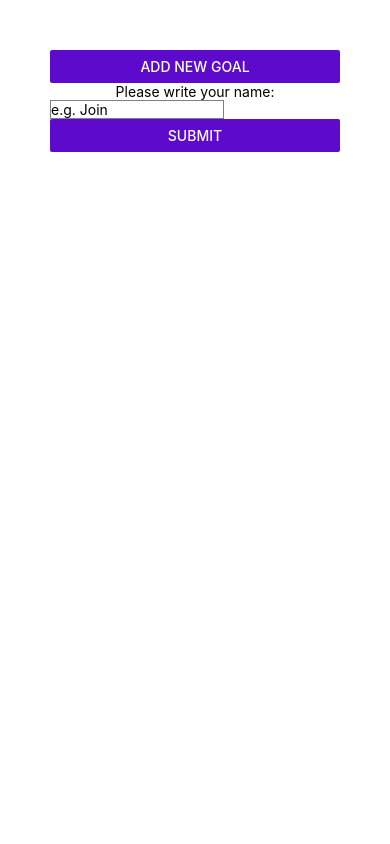
Repository: ntu34543/React-Native-Example1
Screen: /
These files come from the project's save history. The screen is drawn as it stood at one moment and after the next save; the edit follows.
The app was drawn by React Native's web renderer in a window 390 px wide. The project was rebuilt for these pictures with package versions that can differ from the ones it lists, and the page was loaded fresh each time. Also part of the build but not shown: components/Goalltem.js.

Above is the screen before, as saved 2022-09-12 15:38:47.

### App.js
import { useState } from "react";
import {
  StyleSheet,
  View,
  FlatList,
  Button,
  Text,
  Linking,
  TextInput,
} from "react-native";
import { StatusBar } from "expo-status-bar";

import GoalItem from "./components/Goalltem";
import GoalInput from "./components/Goallnput";

export default function App() {
  const [modalIsVisible, setModalIsVisible] = useState(false);
  const [courseGoals, setCourseGoals] = useState([]);
  const [name, setName] = useState("");
  const [submitted, setSubmitted] = useState(false);
  // console.log(courseGoals);
  const onPressHandler = () => {
    setSubmitted(!submitted);
  };

  function startAddGoalHandler() {
    setModalIsVisible(true);
  }

  function endAddGoalHandler() {
    setModalIsVisible(false);
  }

  function addTextInput(enteredGoalText) {
    setCourseGoals((currentCourseGoals) => [
      ...currentCourseGoals,
      { text: enteredGoalText, id: Math.random().toString() },
    ]);
    endAddGoalHandler();
  }

  function deleteGoalHandler(id) {
    setCourseGoals((currentCourseGoals) => {
      return currentCourseGoals.filter((goal) => goal.id !== id);
    });
  }

  return (
    <>
      <StatusBar style="auto" />
      <View style={styles.container}>
        <Button
          title="Add new Goal"
          color="#5e0acc"
          onPress={startAddGoalHandler}
        />
        <Text style={styles.text}>Please write your name:</Text>
        <TextInput
          style={styles.input}
          placeholder="e.g. Join"
          onChangeText={(value) => setName(value)}
        />
        <Button
          title="Submit"
          color="#5e0acc"
          onPress={onPressHandler}
          // onPress={() => {
          //   Linking.openURL(
          //     "https://ca.slack-edge.com/T324R7VB6-U03RS7EKJHG-323b9d1b6216-512"
          //   );
          // }}
        />
        {submitted ? <Text>You are registered as {name}</Text> : null}
        <GoalInput
          visible={modalIsVisible}
          onAddGoal={addTextInput}
          onCancer={endAddGoalHandler}
        />
        <View style={styles.goalsContainer}>
          <FlatList
            data={courseGoals}
            style={styles.goalsContainer}
            renderItem={(itemData) => {
              return (
                <GoalItem
                  text={itemData.item.text}
                  id={itemData.item.id}
                  onDeleteItem={deleteGoalHandler}
                />
              );
            }}
            keyExtractor={(item, index) => {
              return index.id;
            }}
            alwaysBounceVertical={false}
          />
        </View>
      </View>
    </>
  );
}

const styles = StyleSheet.create({
  container: {
    padding: 50,
  },
  goalsContainer: {
    // flex: 4,
  },
  text: {
    textAlign: "center",
  },
  input: {
    borderWidth: 1,
    borderColor: 'grey',
    width: '60%',
    display: 'flex',
    margin: '0 auto',
  }
});

### components/Goallnput.js
import { useState } from "react";
import { StyleSheet, View, TextInput, Button, Modal, Image } from "react-native";
function GoalInput(props) {
  const [enteredGoalText, setEnteredGoalText] = useState("");

  function textInput(enteredText) {
    setEnteredGoalText(enteredText);
    // console.log(enteredText);
  }

  function addGoalHandler() {
    props.onAddGoal(enteredGoalText);
    setEnteredGoalText("");
  }

  return (
    <Modal visible={props.visible} animationType="slide">
      <View style={styles.inputContainer}>
          <Image style={styles.image} source={require('../assets/favicon.png')} />
        <TextInput
          style={styles.textInput}
          placeholder="Email............"
          onChangeText={textInput}
          value={enteredGoalText}
        />
        <View style={styles.buttonContainer}>
          <View style={styles.button}>
            <Button title="Click!" onPress={addGoalHandler} />
          </View>
          <View style={styles.button}>
            <Button title="Cancer!" onPress={props.onCancer}/>
          </View>
        </View>
      </View>
    </Modal>
  );
}

export default GoalInput;

const styles = StyleSheet.create({
  inputContainer: {
    flex: 1,
    justifyContent: "center",
    alignItems: "center",
    paddingBottom: 24,
    padding: 16,
    borderBottomWidth: 1,
    borderBottomColor: "gray",
    backgroundColor: 'pink'
  },
  image: {
      width: 100,
      height: 100,
      margin: 20,
  },
  textInput: {
    borderWidth: 1,
    borderColor: "#cccccc",
    width: "100%",
    padding: 8,
  },
  buttonContainer: {
      marginTop: 16,
    flexDirection: "row",
  },
  button: {
      width: '30%',
      marginHorizontal: 8,
  }
});

After the next save:
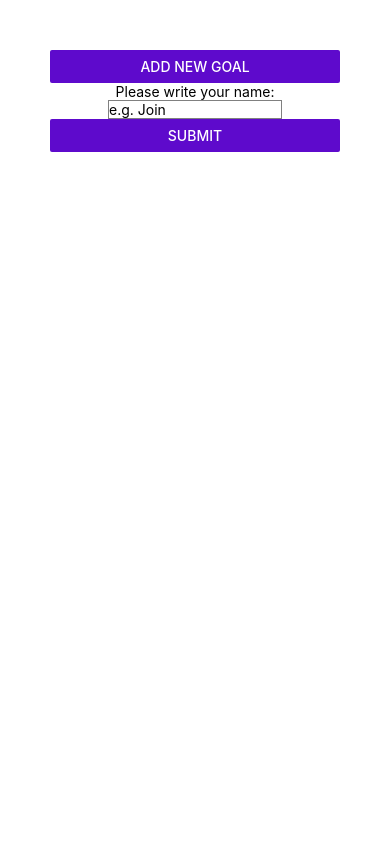
Saved 15 s later.
--- a/App.js
+++ b/App.js
@@ -115,6 +115,6 @@ const styles = StyleSheet.create({
     borderColor: 'grey',
     width: '60%',
     display: 'flex',
-    margin: '0 auto',
+    margin: 'auto',
   }
 });
